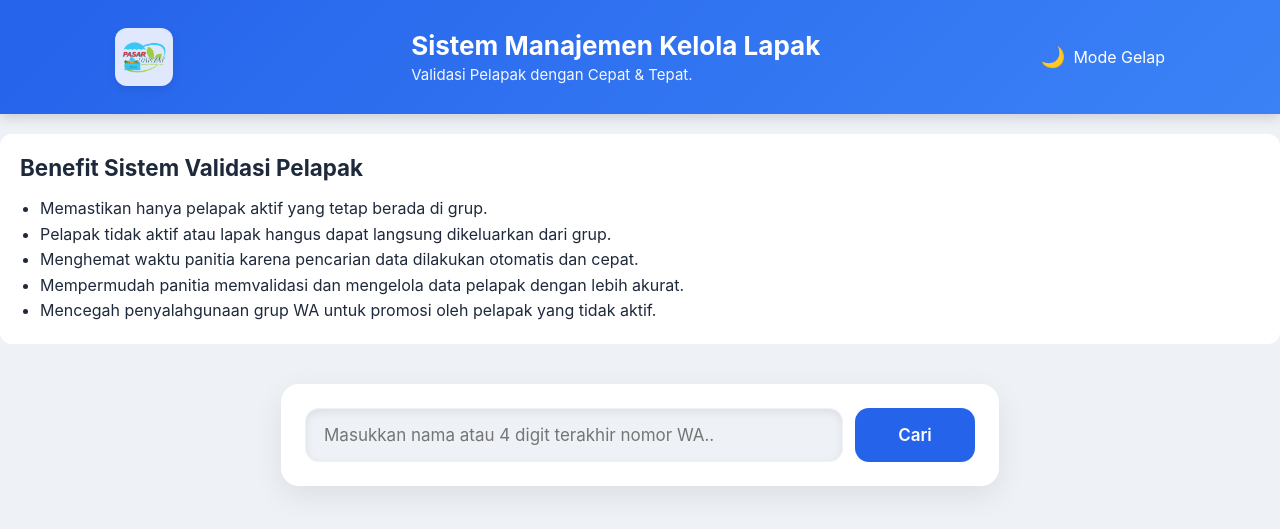
Repository: pasarrakyatbak/ceklapak
Page: index.html
These files come from the project's save history. The page is drawn as it stood at one moment and after the next save; the edit follows.
The browser window is 1280 px wide. The pictures show the whole page.

Above is the page before, as saved 2025-11-19 06:58:16.

### index.html
<!DOCTYPE html>
<html lang="id">

<head>
    <meta charset="UTF-8" />
    <meta name="viewport" content="width=device-width, initial-scale=1.0" />
    <title>Pencarian Pelapak UMKM</title>
    <link rel="stylesheet" href="style.css" />
</head>

<body>
    <header>
        <div class="header-inner">

            <!-- LOGO UMKM -->
            <div class="logo-box">
                <img src="images/logo.png" alt="Logo Pasar Rakyat" class="logo">
            </div>

            <div class="header-text">
                <h1>Sistem Manajemen Kelola Lapak</h1>
                <p class="desc">
                    Validasi Pelapak dengan Cepat & Tepat.
                </p>
            </div>

            <div class="controls">
                <label class="theme-toggle" aria-label="Toggle dark mode">
                    <input id="themeToggle" type="checkbox" />
                    <span class="toggle-icon">🌙</span>
                    <span class="toggle-text">Mode Gelap</span>
                </label>
            </div>
        </div>
    </header>
    <section class="benefit-section">
        <h2>Benefit Sistem Validasi Pelapak</h2>
        <ul class="benefit-list">
            <li>Memastikan hanya pelapak aktif yang tetap berada di grup.</li>
            <li>Pelapak tidak aktif atau lapak hangus dapat langsung dikeluarkan dari grup.</li>
            <li>Menghemat waktu panitia karena pencarian data dilakukan otomatis dan cepat.</li>
            <li>Mempermudah panitia memvalidasi dan mengelola data pelapak dengan lebih akurat.</li>
            <li>Mencegah penyalahgunaan grup WA untuk promosi oleh pelapak yang tidak aktif.</li>
        </ul>
    </section>

    <main>
        <section class="search-card">
            <div class="search-box">
                <input type="text" id="queryInput" placeholder="Masukkan nama atau 4 digit terakhir nomor WA.."
                    autocomplete="off" aria-label="Kolom pencarian pelapak" />
                <button id="searchBtn" aria-label="Tombol cari pelapak">Cari</button>
            </div>
        </section>

        <!-- RESULT BOX -->
        <section>
            <div id="resultBox" class="result-box hidden" role="region" aria-live="polite"></div>
        </section>

        <!-- LOADING SPINNER -->
        <div id="loader" class="loader hidden" aria-hidden="true"></div>

        <!-- SKELETON LOADING -->
        <div id="skeletonBox" class="skeleton-box hidden" aria-hidden="true">
            <div class="skeleton-item"></div>
            <div class="skeleton-item"></div>
            <div class="skeleton-item"></div>
        </div>
    </main>

    <script src="app.js"></script>
</body>

</html>

### style.css
/* === Color variables === */
:root {
    --bg: #eef2f7;
    --card: #ffffff;
    --text: #1e293b;
    --muted: #64748b;
    --primary: #2563eb;
    --primary-light: #3b82f6;
    --shadow: rgba(0, 0, 0, 0.08);

    --font-lg: 17px;
    --font-base: 16px;
    --font-sm: 14px;
}

body.dark {
    --bg: #0d1117;
    --card: #161b22;
    --text: #e5e7eb;
    --muted: #9ca3af;
    --primary: #3b82f6;
    --primary-light: #60a5fa;
    --shadow: rgba(0, 0, 0, 0.45);
}

/* === Base === */
* {
    margin: 0;
    padding: 0;
    box-sizing: border-box;
    font-family: "Inter", system-ui, sans-serif;
}

body {
    background: var(--bg);
    color: var(--text);
    transition: 0.3s ease;
    padding-bottom: 40px;
}

/* === Header === */
header {
    background: linear-gradient(135deg, var(--primary), var(--primary-light));
    padding: 28px 20px;
    color: white;
    box-shadow: 0 4px 12px rgba(0, 0, 0, 0.15);
}

.header-inner {
    max-width: 1050px;
    margin: auto;
    display: flex;
    justify-content: space-between;
    align-items: center;
}

header h1 {
    font-size: 26px;
    font-weight: 700;
}

.desc {
    font-size: 15px;
    opacity: 0.95;
    margin-top: 4px;
}

/* === Dark mode toggle === */
.theme-toggle {
    display: flex;
    align-items: center;
    gap: 8px;
    cursor: pointer;
    user-select: none;
}

.theme-toggle input {
    display: none;
}

.toggle-icon {
    font-size: 20px;
}

.toggle-text {
    font-size: 16px;
}

/* === Search Card === */
main {
    max-width: 750px;
    margin: 40px auto;
    padding: 0 16px;
}

.search-card {
    background: var(--card);
    padding: 24px;
    border-radius: 18px;
    box-shadow: 0 10px 30px var(--shadow);
    backdrop-filter: blur(4px);
}

/* search box */
.search-box {
    display: flex;
    gap: 12px;
}

.search-box input {
    flex: 1;
    padding: 16px 18px;
    border-radius: 14px;
    border: 1px solid transparent;
    background: var(--bg);
    color: var(--text);
    font-size: 17px;
    box-shadow: inset 0 3px 8px var(--shadow);
    transition: 0.2s;
}

.search-box input:focus {
    border-color: var(--primary);
    outline: none;
}

.search-box button {
    padding: 16px 20px;
    background: var(--primary);
    color: white;
    font-size: 17px;
    font-weight: 600;
    border: none;
    border-radius: 14px;
    cursor: pointer;
    transition: 0.2s;
    min-width: 120px;
}

.search-box button:hover {
    background: var(--primary-light);
    transform: translateY(-2px);
}

/* === Result Box === */
.result-box {
    margin-top: 28px;
}

/* result card improved */
.result-item {
    background: var(--card);
    padding: 22px;
    margin-bottom: 16px;
    border-radius: 16px;
    box-shadow: 0 6px 18px var(--shadow);
    border-left: 6px solid var(--primary);
    transition: 0.2s ease;
}

.result-item:hover {
    transform: translateY(-3px);
}

.result-item strong {
    color: var(--primary);
    font-size: 18px;
}

.result-item div {
    font-size: 17px;
    margin-bottom: 6px;
}

.small {
    margin-top: 6px;
    font-size: 15px;
    color: var(--muted);
}

.benefit-section {
    margin: 20px 0;
    padding: 20px;
    background: var(--card);
    border-radius: 12px;
    box-shadow: var(--shadow);
}

.benefit-section h2 {
    margin-bottom: 15px;
    font-size: 1.4rem;
}

.benefit-list {
    list-style: disc;
    margin-left: 20px;
    line-height: 1.6;
}

/* === Logo UMKM === */
.logo-box {
    display: flex;
    align-items: center;
    margin-right: 18px;
}

.logo {
    width: 58px;
    height: 58px;
    object-fit: contain;
    border-radius: 12px;
    background: rgba(255, 255, 255, 0.85);
    padding: 6px;
    box-shadow: 0 4px 10px var(--shadow);
}

/* Mode gelap: latar logo lebih gelap agar menyatu */
body.dark .logo {
    background: rgba(30, 41, 59, 0.6);
}

/* === BADGE STYLING === */
.badge {
    display: inline-block;
    padding: 6px 12px;
    border-radius: 10px;
    font-size: 15px;
    font-weight: 600;
    margin-left: 6px;
    color: white;
}

/* Light Mode Colors */
body:not(.dark) .badge-name {
    background: #1e40af;
    /* blue-800 */
}

body:not(.dark) .badge-wa {
    background: #166534;
    /* green-800 */
}

body:not(.dark) .badge-lapak {
    background: #334155;
    /* slate-700 */
}

/* Dark Mode Colors – dibuat sedikit lebih terang agar tetap terlihat */
body.dark .badge-name {
    background: #3b82f6;
    /* blue-500 */
}

body.dark .badge-wa {
    background: #22c55e;
    /* green-500 */
}

body.dark .badge-lapak {
    background: #64748b;
    /* slate-500 */
}

/* === Skeleton Loader === */
.skeleton-box {
    margin-top: 25px;
}

.skeleton-item {
    height: 90px;
    background: linear-gradient(90deg,
            var(--card) 0%,
            var(--bg) 50%,
            var(--card) 100%);
    background-size: 200% 100%;
    border-radius: 16px;
    margin-bottom: 16px;
    animation: shimmer 1.4s infinite;
}

@keyframes shimmer {
    0% {
        background-position: -200% 0;
    }

    100% {
        background-position: 200% 0;
    }
}

/* === Loader === */
.loader {
    width: 42px;
    height: 42px;
    border: 4px solid transparent;
    border-top-color: var(--primary);
    border-right-color: var(--primary-light);
    border-radius: 50%;
    animation: spin 0.75s linear infinite;
    margin: 28px auto;
}

@keyframes spin {
    to {
        transform: rotate(360deg);
    }
}

.hidden {
    display: none !important;
    opacity: 0 !important;
}


/* === Responsive (tablet + mobile) === */
@media (max-width: 768px) {
    header h1 {
        font-size: 22px;
    }

    .search-card {
        padding: 20px;
    }

    .result-item {
        padding: 20px;
    }

    .result-item strong {
        font-size: 17px;
    }
}

@media (max-width: 480px) {

    .header-inner {
        flex-direction: column;
        align-items: flex-start;
        gap: 12px;
    }

    .search-box {
        flex-direction: column;
    }

    .search-box input,
    .search-box button {
        width: 100%;
        font-size: 16px;
    }

    .result-item div {
        font-size: 16px;
    }

    .result-item strong {
        font-size: 17px;
    }
}

### app.js
// === CONFIG ===
const API_URL = "https://script.google.com/macros/s/AKfycby4z2qZ24SrJkcyGpybH29lSUC_3_z1LG-7wSmTzpaOEXrwjXf0Cl3hqkg95qAxPj1-/exec";

// DOM
const searchBtn = document.getElementById("searchBtn");
const queryInput = document.getElementById("queryInput");
const resultBox = document.getElementById("resultBox");
const themeToggle = document.getElementById("themeToggle");
const toggleText = document.querySelector(".toggle-text");
const toggleIcon = document.querySelector(".toggle-icon");
const skeletonBox = document.getElementById("skeletonBox");
const loader = document.getElementById("loader");

// Load saved theme
if (localStorage.getItem("theme") === "dark") {
    document.body.classList.add("dark");
    themeToggle.checked = true;
    toggleText.textContent = "Mode Terang";
    toggleIcon.textContent = "☀️";
}

themeToggle.addEventListener("change", () => {
    if (themeToggle.checked) {
        document.body.classList.add("dark");
        toggleText.textContent = "Mode Terang";
        toggleIcon.textContent = "☀️";
        localStorage.setItem("theme", "dark");
    } else {
        document.body.classList.remove("dark");
        toggleText.textContent = "Mode Gelap";
        toggleIcon.textContent = "🌙";
        localStorage.setItem("theme", "light");
    }
});
// Search
searchBtn.addEventListener("click", searchData);
queryInput.addEventListener("keypress", e => e.key === "Enter" && searchData());

// Clean
function cleanNumber(input) {
    return input.replace(/\s|\.|-|\(|\)|\+/g, "");
}

function normalizePhone(phone) {
    if (!phone) return "";
    const digits = phone.replace(/[^0-9]/g, "");
    if (!digits) return "";
    if (digits.startsWith("0")) return digits;
    return "0" + digits;
}

// Main search
function searchData() {
    const raw = queryInput.value.trim();

    // Jika input kosong → matikan loader & skeleton
    if (!raw) {
        hideSkeleton();
        hideLoader();
        return renderError("Masukkan nama atau angka.");
    }

    showSkeleton();
    showLoader();

    const onlyDigits = cleanNumber(raw);
    const is4 = /^\d{4}$/.test(onlyDigits);
    const q = is4 ? onlyDigits : raw.toLowerCase();

    fetch(`${API_URL}?q=${encodeURIComponent(q)}`)
        .then(res => res.json())
        .then(data => {
            hideSkeleton();
            hideLoader();

            if (!data || data.status === "error")
                return renderError(data?.pesan || "Tidak ditemukan.");

            const normalized = (data.hasil || []).map(item => ({
                nama: item.nama,
                nomor_whatsapp: normalizePhone(item.nomor_whatsapp || ""),
                nomor_lapak: item.nomor_lapak || "Tidak ada",
                baris: item.baris
            }));

            renderResults(normalized);
        })
        .catch(() => {
            hideSkeleton();
            hideLoader();
            renderError("Server tidak merespon.");
        });
}


function renderResults(results) {
    resultBox.classList.remove("hidden");

    if (!results.length) {
        resultBox.innerHTML = `<p class="empty">Tidak ada hasil.</p>`;
        return;
    }

    let html = "";
    results.forEach(r => {
        html += `
<div class="result-item">
    <div><strong>Nama:</strong>
        <span class="badge badge-name">${escape(r.nama)}</span>
    </div>

    <div><strong>Nomor WhatsApp:</strong>
        <span class="badge badge-wa">${escape(r.nomor_whatsapp)}</span>
    </div>

    <div class="small"><strong>Nomor Lapak:</strong>
        <span class="badge badge-lapak">${escape(r.nomor_lapak)}</span>
    </div>
</div>`;
    });

    resultBox.innerHTML = html;
}

function renderError(msg) {
    resultBox.classList.remove("hidden");
    resultBox.innerHTML = `<p style="color:var(--primary);font-weight:600">${escape(msg)}</p>`;
}

function escape(s) {
    return String(s || "—")
        .replace(/&/g, "&amp;")
        .replace(/</g, "&lt;")
        .replace(/>/g, "&gt;");
}

function showSkeleton() {
    skeletonBox.classList.remove("hidden");
    resultBox.classList.add("hidden");
}

function hideSkeleton() {
    skeletonBox.classList.add("hidden");
}

function showLoader() {
    loader.classList.remove("hidden");
    resultBox.classList.add("hidden");
}

function hideLoader() {
    loader.classList.add("hidden");
}

After the next save:
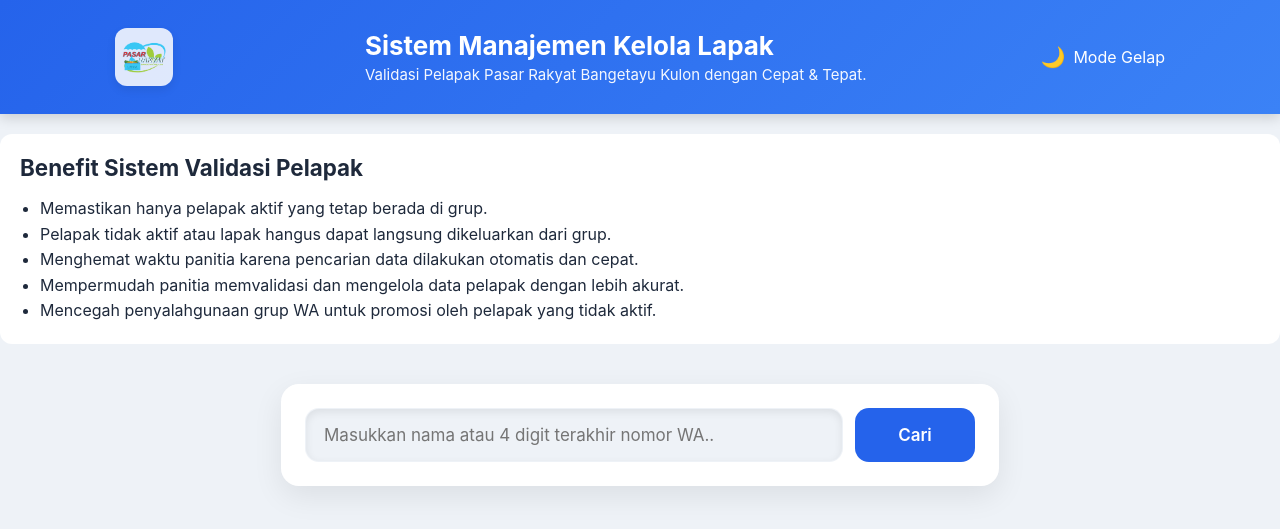
Saved 21 s later.
--- a/index.html
+++ b/index.html
@@ -20,7 +20,7 @@
             <div class="header-text">
                 <h1>Sistem Manajemen Kelola Lapak</h1>
                 <p class="desc">
-                    Validasi Pelapak dengan Cepat & Tepat.
+                    Validasi Pelapak Pasar Rakyat Bangetayu Kulon dengan Cepat & Tepat.
                 </p>
             </div>
 
